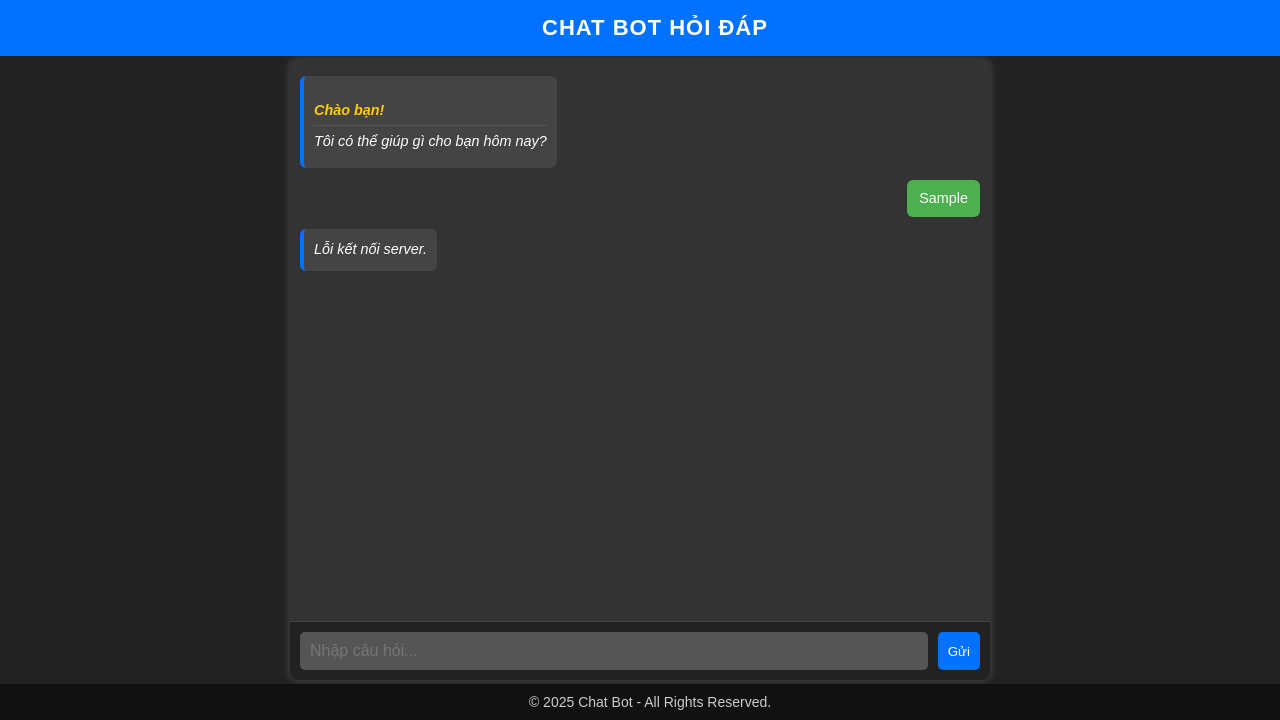
Repository: quankenda73/Prject_Final
Page: INDEX/chatbot.html
These files come from the project's save history. The page is drawn as it stood at one moment and after the next save; the edit follows.
The browser window is 1280 px wide. The pictures show the whole page.
Empty fields were first filled with sample values (such as "Sample", 5 or name@example.com).
After loading, the first visible `button` was clicked once.
The page's requests for data from a server got no answer.

Above is the page before, as saved 2025-02-24 14:06:03.

After the next save:
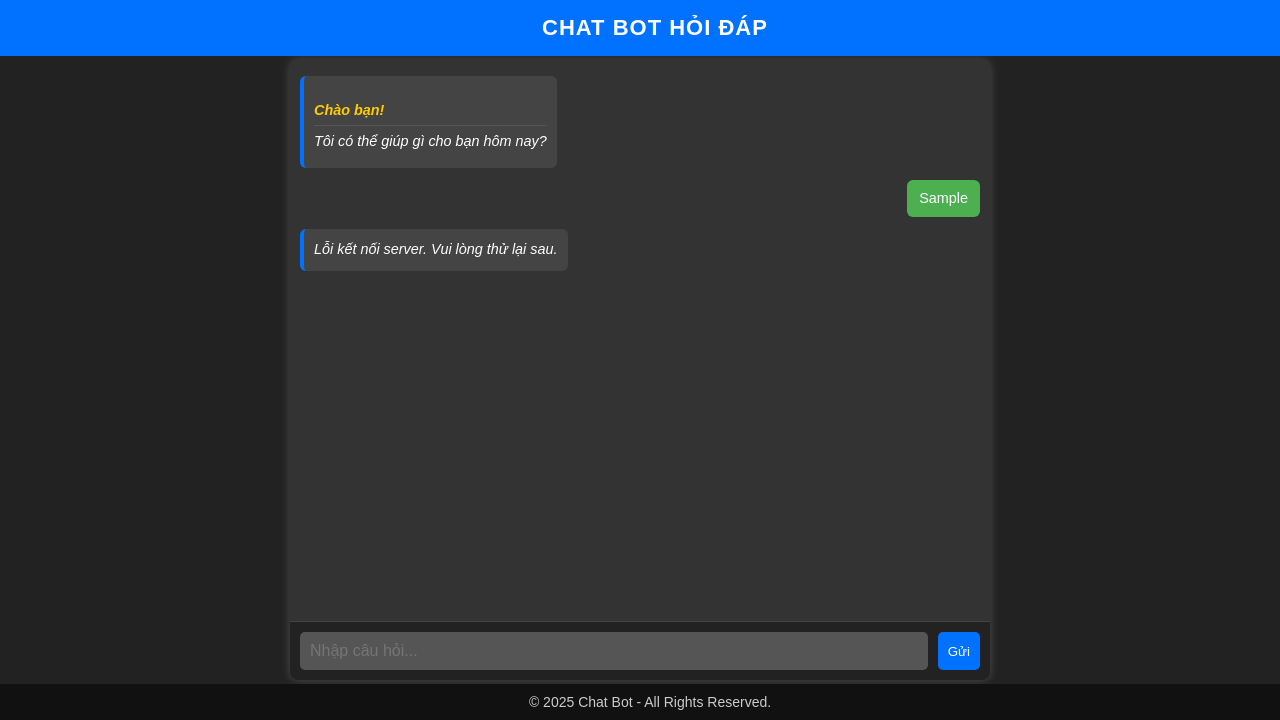
Saved 2 min 32 s later.
--- a/INDEX/chatbot.html
+++ b/INDEX/chatbot.html
@@ -166,13 +166,11 @@
 
     <script>
         async function sendMessage() {
-            const userInput = document.getElementById('user-input').value;
-            if (!userInput.trim()) return; // Không gửi tin nhắn rỗng
-
-            // Hiển thị tin nhắn người dùng
-            appendMessage(userInput, 'user-message');
-
-            // Gửi dữ liệu đến backend
+            const userInput = document.getElementById('user-input').value.trim();
+            if (!userInput) return; // Không gửi tin nhắn rỗng
+
+            appendMessage(userInput, 'user-message'); // Hiển thị tin nhắn người dùng
+
             try {
                 const response = await fetch('http://localhost:3000/api/generate', {
                     method: 'POST',
@@ -182,17 +180,31 @@
                     body: JSON.stringify({ text: userInput })
                 });
 
+                if (!response.ok) {
+                    throw new Error(`Lỗi HTTP: ${response.status}`);
+                }
+
                 const data = await response.json();
-                const botReply = data.candidates?.[0]?.content?.parts?.[0]?.text || 'Xin lỗi, tôi không hiểu câu hỏi.';
+                console.log("📌 Phản hồi từ API:", data); // Kiểm tra phản hồi từ API
+
+                // Trích xuất câu trả lời từ dữ liệu API
+                const botReply = extractBotReply(data);
                 appendMessage(botReply, 'bot-message');
 
             } catch (error) {
-                console.error('Error:', error);
-                appendMessage('Lỗi kết nối server.', 'bot-message');
+                console.error('❌ Lỗi:', error);
+                appendMessage('Lỗi kết nối server. Vui lòng thử lại sau.', 'bot-message');
             }
 
-            // Xóa input sau khi gửi
-            document.getElementById('user-input').value = '';
+            document.getElementById('user-input').value = ''; // Xóa input sau khi gửi
+        }
+
+        function extractBotReply(data) {
+            // Kiểm tra và lấy dữ liệu an toàn
+            if (data && data.candidates && data.candidates.length > 0) {
+                return data.candidates[0]?.content?.parts?.[0]?.text || 'Xin lỗi, tôi không hiểu câu hỏi.';
+            }
+            return 'Xin lỗi, tôi không hiểu câu hỏi.';
         }
 
         function appendMessage(text, className) {
@@ -203,7 +215,7 @@
             chatBody.appendChild(messageDiv);
             chatBody.scrollTop = chatBody.scrollHeight; // Cuộn xuống tin nhắn mới nhất
         }
-
     </script>
+
 </body>
 </html>
